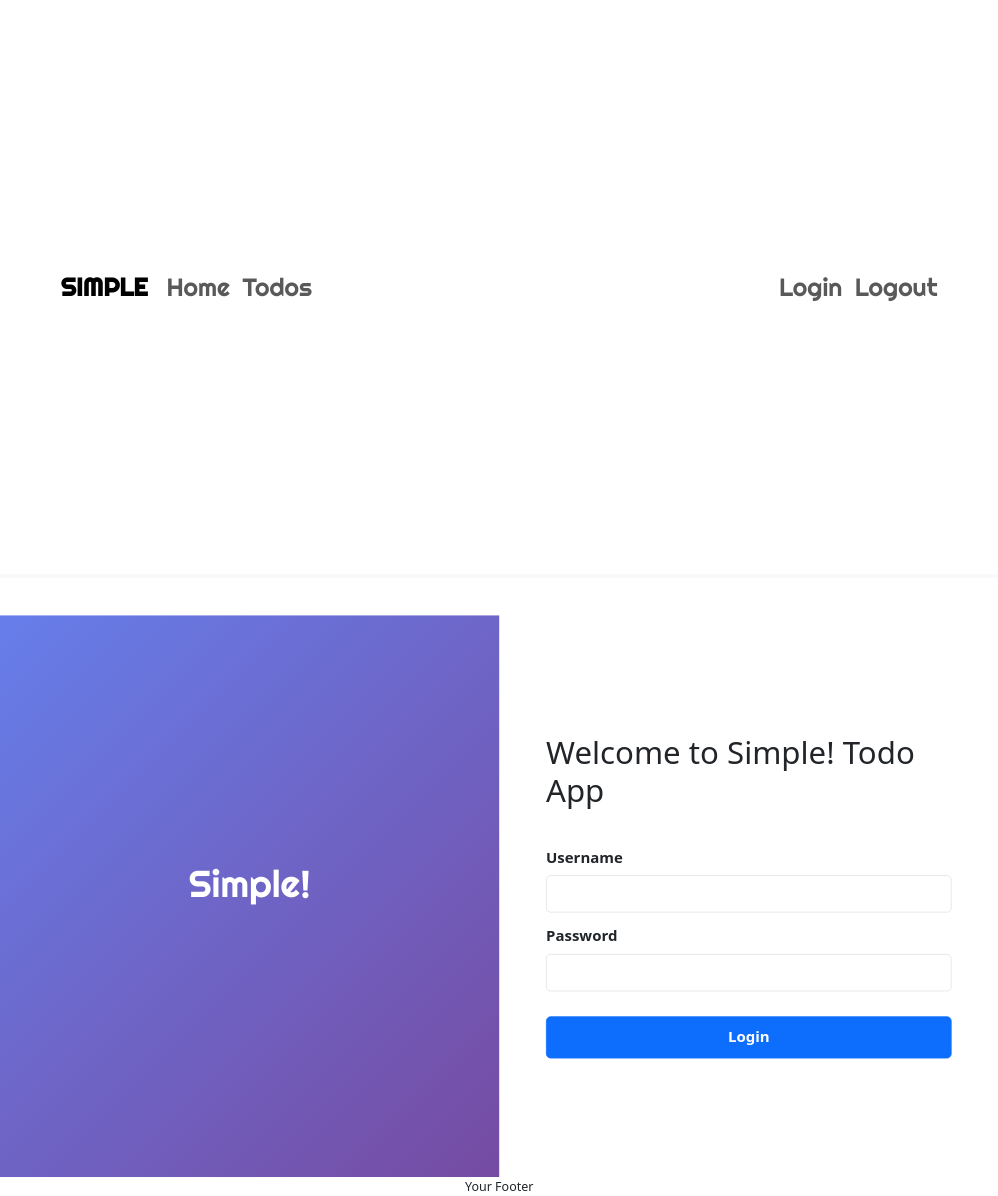
Repository: oboioz/SimpleTodoApp
Page: /login (app in SimpleTodoAppFrontEnd/todo-app/)
The author's editor kept a copy of each file at every save. The page is drawn from the files as they stood at one save, then again after the next save.
The browser window is 1280 px wide. The pictures show the whole page, at 78% of full size.
The project was rebuilt for these pictures with package versions that can differ from the ones it lists, and the page was loaded fresh each time. Also part of the build but not shown: SimpleTodoAppFrontEnd/todo-app/src/components/todo/Welcome/WelcomeComponent.jsx, SimpleTodoAppFrontEnd/todo-app/src/components/todo/error/ErrorComponent.jsx, SimpleTodoAppFrontEnd/todo-app/src/components/todo/list-todo/ListTodoComponent.jsx, SimpleTodoAppFrontEnd/todo-app/src/components/todo/logout/LogOutComponent.jsx.

Above is the page before, as saved 2024-04-06 03:51:00.

After the next save:
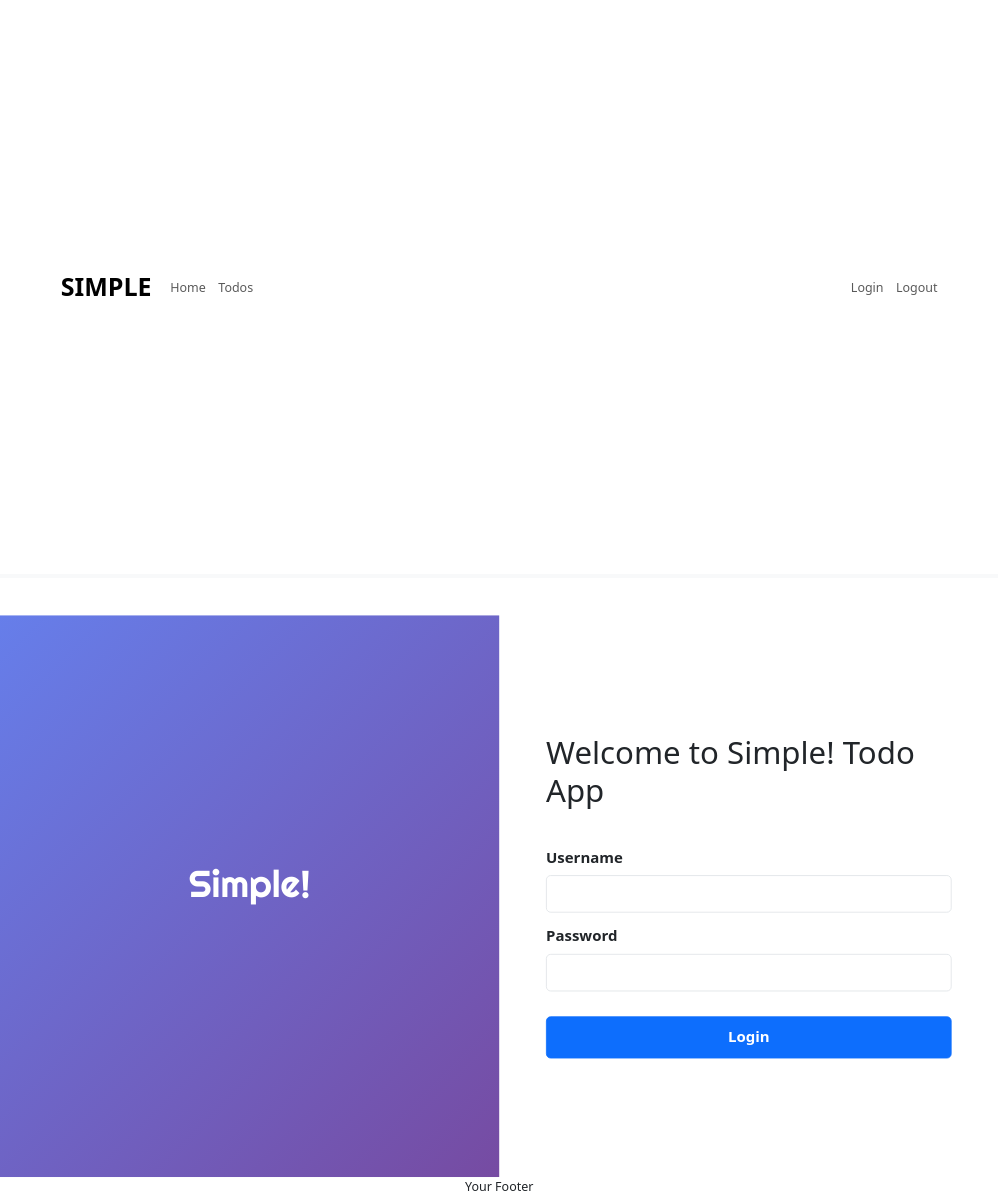
Saved 24 s later.
--- a/SimpleTodoAppFrontEnd/todo-app/src/components/todo/Login/LoginStyle.css
+++ b/SimpleTodoAppFrontEnd/todo-app/src/components/todo/Login/LoginStyle.css
@@ -37,10 +37,10 @@
     margin-bottom: 2rem;
 }
 
-.navbar {
+/* .navbar {
     font-family: 'Righteous', cursive;
     font-size: 2rem;
-}
+} */
 
 .transparent-navbar {
     background-color: transparent !important;

After the save that followed:
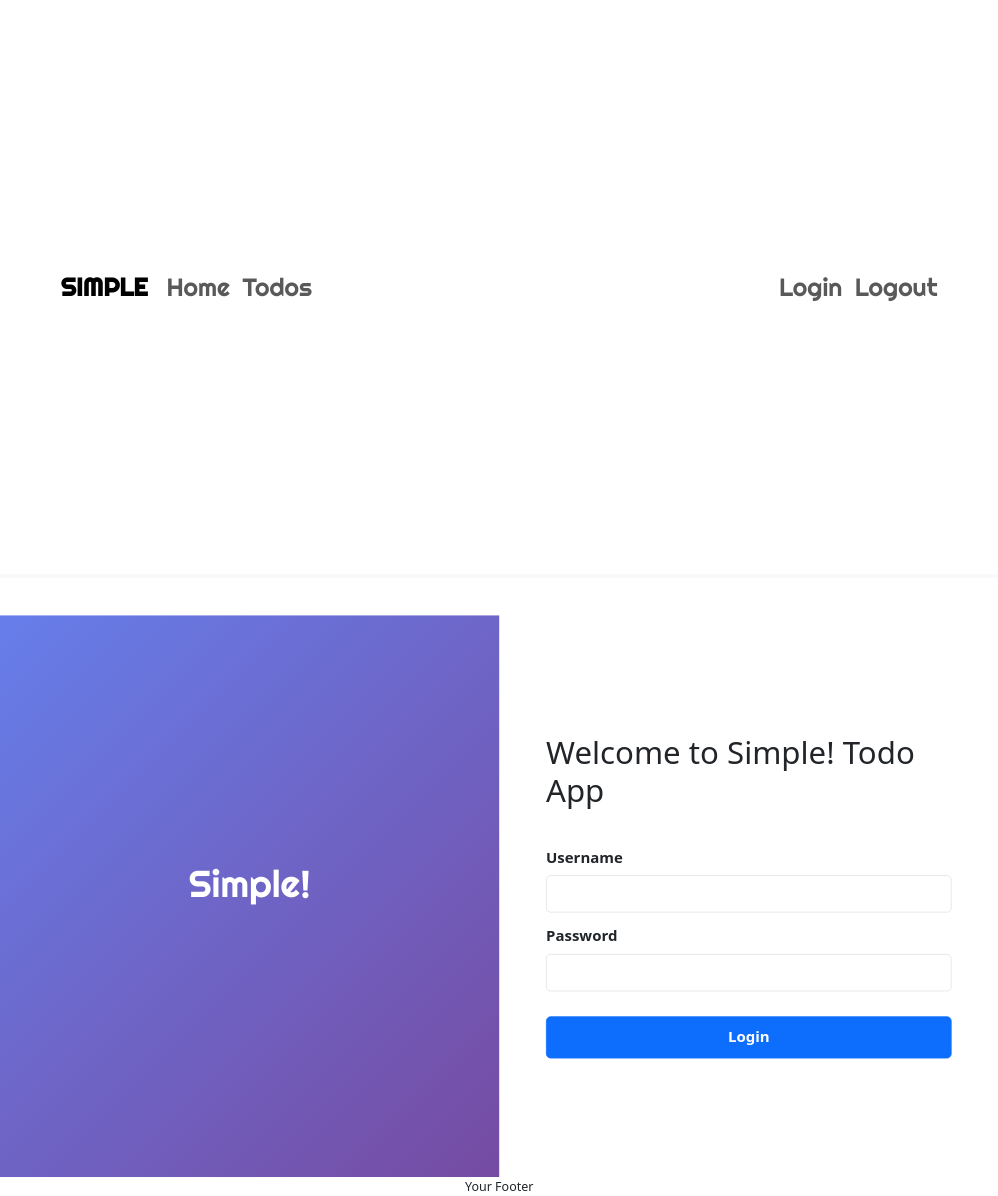
Saved 10 s later.
--- a/SimpleTodoAppFrontEnd/todo-app/src/components/todo/Login/LoginStyle.css
+++ b/SimpleTodoAppFrontEnd/todo-app/src/components/todo/Login/LoginStyle.css
@@ -37,10 +37,10 @@
     margin-bottom: 2rem;
 }
 
-/* .navbar {
+.navbar {
     font-family: 'Righteous', cursive;
     font-size: 2rem;
-} */
+}
 
 .transparent-navbar {
     background-color: transparent !important;
